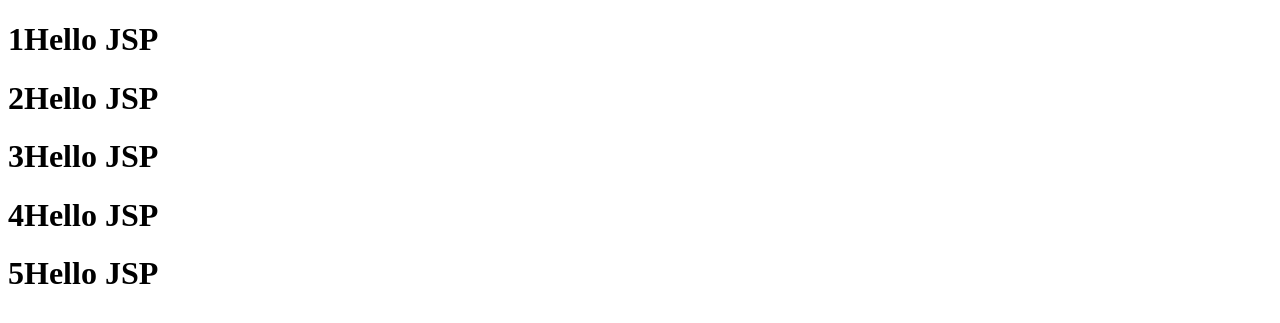
Repository: Jungsol/Servlet_JSP_study
Page: http://localhost/JSP/ex07_out.jsp
These files come from the project's save history. The page is drawn as it stood at one moment and after the next save; the edit follows.
The browser window is 1280 px wide. The pictures show the whole page.
The page is served by Tomcat 9. Other server files are loaded and not shown.

Above is the page before, as saved 2023-06-08 15:45:18.

### JSP/src/main/webapp/ex07_out.jsp
<%@ page language="java" contentType="text/html; charset=EUC-KR"
    pageEncoding="EUC-KR"%>
<!DOCTYPE html>
<html>
<head>
<meta charset="EUC-KR">
<title>Insert title here</title>
</head>
<body>

	<!-- out객체 : 웹 페이지에 정보를 출력하기 위한 객체
				-> html태그와 같이 사용하게 되면 코드 간결 -->
	<%
		for(int i=0; i<5; i++){
			out.print("<h1>"+(i+1)+"Hello JSP<h1>");
		}
	%>
</body>
</html>

After the next save:
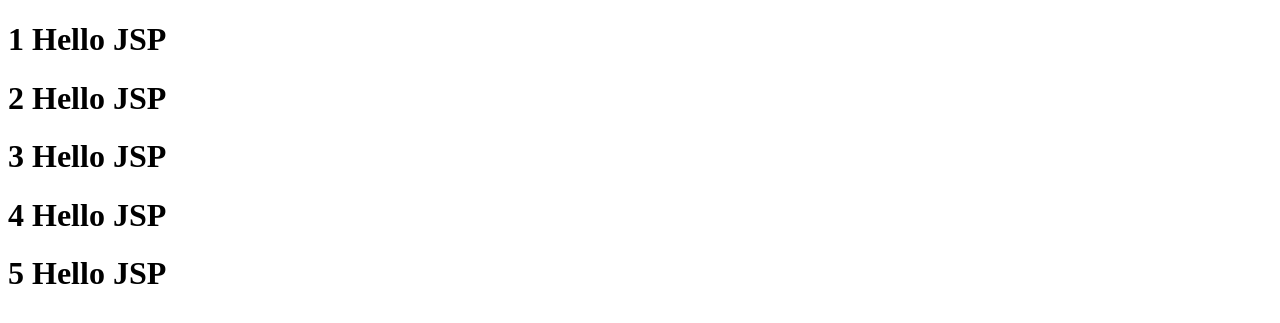
Saved 4 s later.
--- a/JSP/src/main/webapp/ex07_out.jsp
+++ b/JSP/src/main/webapp/ex07_out.jsp
@@ -12,7 +12,7 @@
 				-> html태그와 같이 사용하게 되면 코드 간결 -->
 	<%
 		for(int i=0; i<5; i++){
-			out.print("<h1>"+(i+1)+"Hello JSP<h1>");
+			out.print("<h1>"+(i+1)+" Hello JSP<h1>");
 		}
 	%>
 </body>
